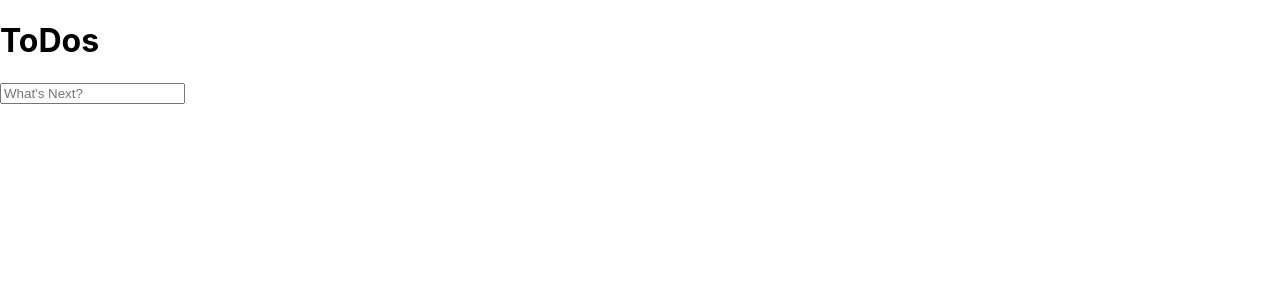
Repository: shuroo/FECourse-final-ex-todos
Page: /actives
These files come from the project's save history. The page is drawn as it stood at one moment and after the next save; the edit follows.
The browser window is 1280 px wide. The pictures show the whole page.
The project was rebuilt for these pictures with package versions that can differ from the ones it lists, and the page was loaded fresh each time. Also part of the build but not shown: src/App.css, src/components/TaskComponent.jsx, src/components/TasksView.jsx, src/components/ActiveTasksComponent.jsx, src/components/CompletedTasksComponent.jsx. Imported but missing from the stored project, and not drawn on this page: src/components/AllTasksComponent.

Above is the page before, as saved 2021-08-03 19:21:26.

### src/App.js
import logo from './logo.svg';
import './App.css';
import HomePage from './pages/HomePage';
import { Container } from 'react-bootstrap';

function App() {
    return (

        <
        HomePage / >



    );
}

export default App;

### src/pages/HomePage.jsx

import React, { Component,useState,useEffect } from 'react';
import Container from 'react-bootstrap/Container'
import FormComponent from "../components/FormComponent";
import FooterBar from '../components/FooterBar';
import TaskModel from '../model/TaskModel';

import ActiveTasksComponent from '../components/ActiveTasksComponent';
import CompletedTasksComponent from '../components/CompletedTasksComponent';
import AllTasksComponent from '../components/AllTasksComponent'

import {
    BrowserRouter as Router,
    Switch,
    Route,
    Link
  } from "react-router-dom";
import TasksView from '../components/TasksView';
import TaskComponent from '../components/TaskComponent';

function HomePage(){

    const [tasks, setTasks] = useState([]);
    const [taskToAdd, setTaskToAdd] = useState("");
    const defaultFilter = (()=>true);
    const [filterBy, setFilterBy] = useState((()=>true));
    const [taskToRemove, setTaskToRemove] = useState("");

    // const [filteredTasks, setFilteredTasks] = useState(tasks);

    function updateTasks(){
        const newTaskName = document.getElementById("tasksAddInput").value;
        const taskToAdd = new TaskModel(newTaskName,false); //todo: add key?
        const tasksCpy = [...tasks];
        tasksCpy.push(taskToAdd);
        setTasks(tasksCpy);

    }

    useEffect(() => {
        updateTasks();
     }, [taskToAdd])

    function changeFilterView(value){

        alert(value);
        const updatedFilter = ((value === 'Completed') ? ((task)=>task.isDone()) : (value==='Active' ? ((task)=>!task.isDone()) : defaultFilter ));
        console.log(updatedFilter);
        setFilterBy(updatedFilter);
    }

    // useEffect(() => {
    //     tasks
    // }, [filterBy])

    function removeTask(taskId){
        const tasksCpy = [...tasks];
        const index = tasksCpy.map(function(item) {
            return item.key;
        }).indexOf(taskId);

        tasksCpy.splice(index, 1);
        setTasks(tasksCpy);
    }

    useEffect(() => {
        console.log(taskToRemove);
        removeTask(taskToRemove)
      }, [taskToRemove])


    const tasksView = (!tasks ? null : tasks.map((task,index) =>{
        return <TaskComponent removeTask={removeTask} key={task.key+index} task={task}/>;}));

    return (<Container>
            <h1>ToDos</h1>
            <FormComponent tasks={tasks} setTasks={setTaskToAdd}/>
            {tasksView}
            {/* <FooterBar filterBy={filterBy} updateFilter={changeFilterView} /> */}
            </Container>

            )
    }

export default HomePage;

### src/components/FormComponent.jsx
import React, { Component } from 'react';
import { Button, ButtonGroup, Row } from 'react-bootstrap';
import Container from 'react-bootstrap/Container';
import Form from 'react-bootstrap/Form';
// todo: support task addition here!
function FormComponent({tasks,setTasks}) {

    // {tasks , setTasks}

    function addATask(e){
        if(e.charCode===13){
          const newTaskName = document.getElementById("tasksAddInput").value;
            setTasks(newTaskName);
          }

    }

    return (
    <Container>
      <Form onSubmit={((e)=>{ e.preventDefault();return false;})}>
        <Form.Group >
            <Form.Control type="text"  id="tasksAddInput" onKeyPress={((e)=>addATask(e))} placeholder="What's Next?" />
        </Form.Group>
      </Form>
    </Container>
    );

}

export default FormComponent;

### src/model/TaskModel.jsx
class TaskModel{
    constructor(name,isDone){
        this.name = name;
        this.isDone = isDone;
        this.key=name;
        this.setIsDone = this.setIsDone.bind(this);
    }

    setIsDone(boolVal){
        this.isDone = boolVal;
    }
}

export default TaskModel;

### src/components/FooterBar.jsx
import React, { Component } from 'react';

import Navbar from 'react-bootstrap/Navbar'

import Nav from 'react-bootstrap/Nav'
import { Container, Row, Col } from 'react-bootstrap';

function FooterBar({filterBy,updateFilter}){


      return (
        <Navbar  >
          <Container>
          <Navbar.Collapse id="basic-navbar-nav">
      <Nav className="me-auto">
      <Nav.Link onClick={()=>updateFilter('All')} href="#" >All </Nav.Link>
      <Nav.Link onClick={()=>updateFilter('Active')} href="#">Active
         </Nav.Link>
         <Nav.Link onClick={()=>updateFilter('Completed')} href="#" >Completed </Nav.Link>
        </Nav>
        </Navbar.Collapse>
        </Container>
        </Navbar>

      )

  }

  export default FooterBar;

Loaded but not shown: public/index.html (common file); src/index.js (common file); src/index.css (common file); src/reportWebVitals.js (common file)

After the next save:
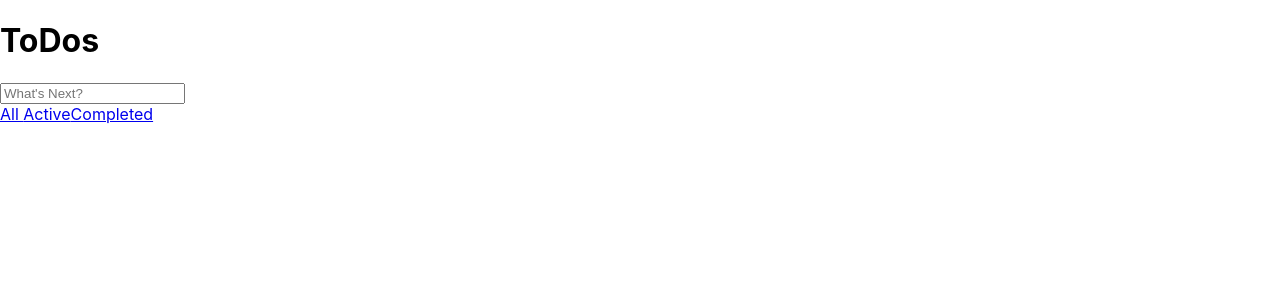
Saved 108 s later.
--- a/src/pages/HomePage.jsx
+++ b/src/pages/HomePage.jsx
@@ -76,7 +76,7 @@
             <h1>ToDos</h1>
             <FormComponent tasks={tasks} setTasks={setTaskToAdd}/>
             {tasksView}
-            {/* <FooterBar filterBy={filterBy} updateFilter={changeFilterView} /> */}
+             <FooterBar filterBy={filterBy} updateFilter={changeFilterView} />
             </Container>
 
             )

After the save that followed:
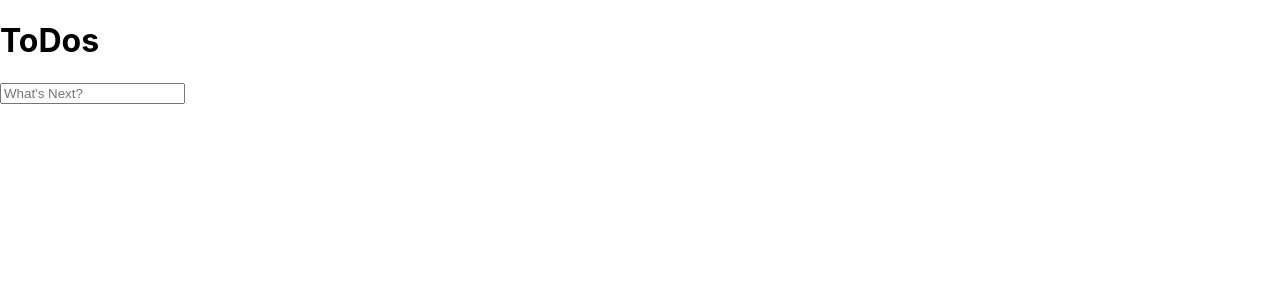
Saved 26 s later.
--- a/src/pages/HomePage.jsx
+++ b/src/pages/HomePage.jsx
@@ -76,7 +76,7 @@
             <h1>ToDos</h1>
             <FormComponent tasks={tasks} setTasks={setTaskToAdd}/>
             {tasksView}
-             <FooterBar filterBy={filterBy} updateFilter={changeFilterView} />
+            {/* <FooterBar filterBy={filterBy} updateFilter={changeFilterView} /> */}
             </Container>
 
             )
